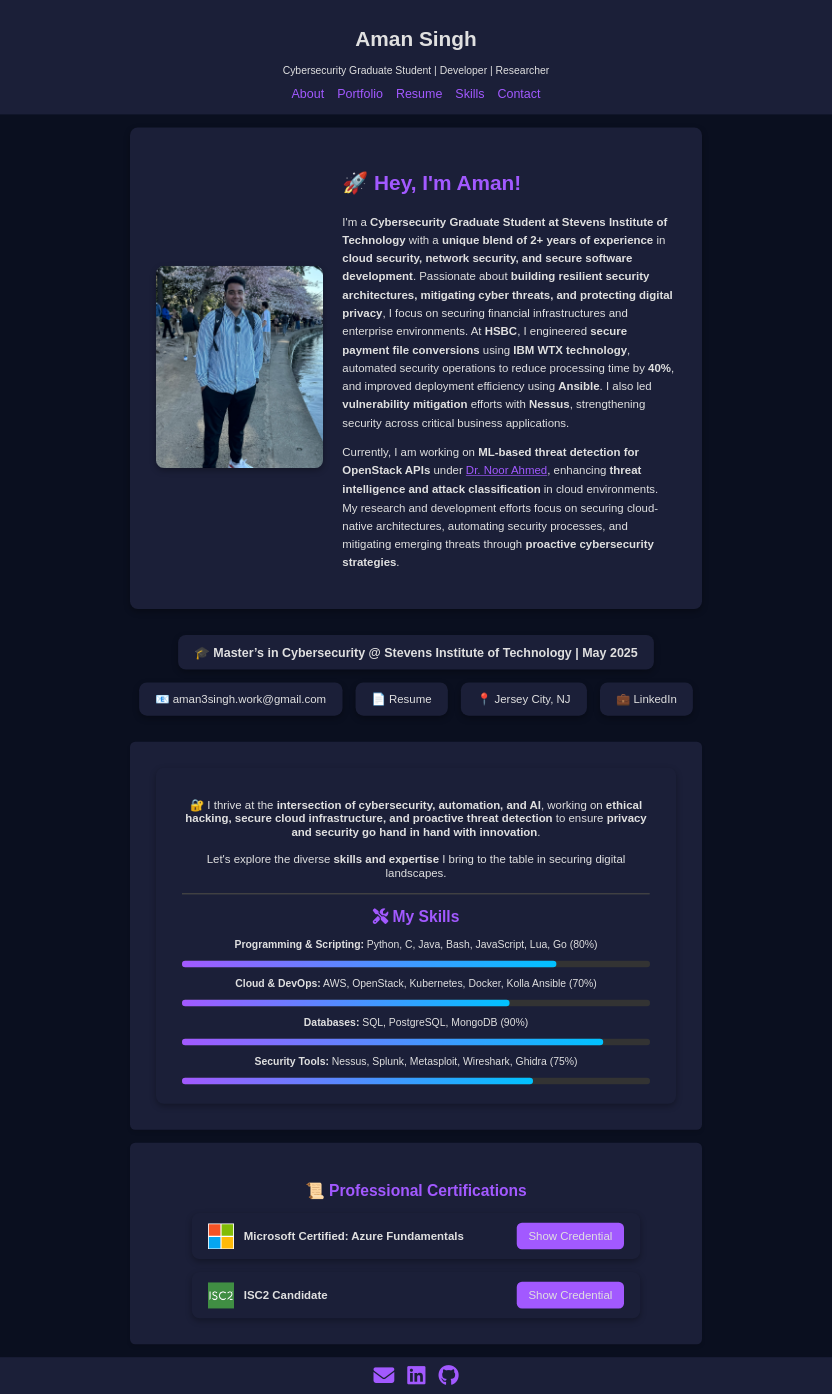
Repository: aman3singh/portfolio
Page: index.html
The author's editor kept a copy of each file at every save. The page is drawn from the files as they stood at one save, then again after the next save.
The browser window is 1280 px wide. The pictures show the whole page, at 65% of full size.

Above is the page before, as saved 2025-02-12 00:24:21.

### index.html
<!DOCTYPE html>
<html lang="en">
<head>
    <meta charset="UTF-8">
    <meta name="viewport" content="width=device-width, initial-scale=1.0">
    <title>Aman Singh | Cybersecurity Portfolio</title>
    <link rel="stylesheet" href="styles.css">
    <link rel="stylesheet" href="https://cdnjs.cloudflare.com/ajax/libs/font-awesome/6.4.2/css/all.min.css">
</head>
<body>
    <header>
        <h1>Aman Singh</h1>
        <p>Cybersecurity Graduate Student | Developer | Researcher</p>
        <nav>
            <a href="#about">About</a>
            <a href="portfolio.html">Portfolio</a>
            <a href="resume.html">Resume</a>
            <a href="index.html#skills">Skills</a>
            <a href="#contact">Contact</a>
        </nav>
    </header>

    <section id="about" style="display: flex; align-items: center; gap: 30px; padding: 40px;">
        <div style="flex: 1; text-align: center;">
            <img src="Aman.jpg" alt="Aman Singh" style="width: 100%; max-width: 400px; border-radius: 12px; box-shadow: 0px 4px 10px rgba(0, 0, 0, 0.3);">
        </div>
        <div style="flex: 2;">
            <h2 style="color: #A259FF;">🚀 Hey, I'm Aman!</h2>
            <p>
                I'm a <b>Cybersecurity Graduate Student at Stevens Institute of Technology</b> with a <b>unique blend of 2+ years of experience</b> in <b>cloud security, network security, and secure software development</b>. Passionate about <b>building resilient security architectures, mitigating cyber threats, and protecting digital privacy</b>, I focus on securing financial infrastructures and enterprise environments. At <b>HSBC</b>, I engineered <b>secure payment file conversions</b> using <b>IBM WTX technology</b>, automated security operations to reduce processing time by <b>40%</b>, and improved deployment efficiency using <b>Ansible</b>. I also led <b>vulnerability mitigation</b> efforts with <b>Nessus</b>, strengthening security across critical business applications.
            </p>
            <p>
                Currently, I am working on <b>ML-based threat detection for OpenStack APIs</b> under <a href="https://scholar.google.com/citations?user=zchOfB4AAAAJ&hl=en" target="_blank" style="color: #A259FF;">Dr. Noor Ahmed</a>, enhancing <b>threat intelligence and attack classification</b> in cloud environments. My research and development efforts focus on securing cloud-native architectures, automating security processes, and mitigating emerging threats through <b>proactive cybersecurity strategies</b>.
            </p>
        </div>
    </section>

    <div style="display: flex; flex-direction: column; align-items: center; text-align: center; gap: 20px; padding: 20px;">
        <div style="background-color: #1B1F38; padding: 15px 25px; border-radius: 12px; font-size: 1.2em; box-shadow: 0px 4px 10px rgba(0, 0, 0, 0.3);">
            🎓 <b>Master’s in Cybersecurity @ Stevens Institute of Technology | May 2025</b>
        </div>
        <div style="display: flex; gap: 20px;">
            <div style="background-color: #1B1F38; padding: 15px 25px; border-radius: 12px; font-size: 1.1em; box-shadow: 0px 4px 10px rgba(0, 0, 0, 0.3);">
                📧 <a href="mailto:aman3singh.work@gmail.com" style="color: #E0E0E0; text-decoration: none;">aman3singh.work@gmail.com</a>
            </div>
            <div style="background-color: #1B1F38; padding: 15px 25px; border-radius: 12px; font-size: 1.1em; box-shadow: 0px 4px 10px rgba(0, 0, 0, 0.3);">
                📄 <a href="resume.html" style="color: #E0E0E0; text-decoration: none;">Resume</a>
            </div>
            <div style="background-color: #1B1F38; padding: 15px 25px; border-radius: 12px; font-size: 1.1em; box-shadow: 0px 4px 10px rgba(0, 0, 0, 0.3);">
                📍 Jersey City, NJ
            </div>
            <div style="background-color: #1B1F38; padding: 15px 25px; border-radius: 12px; font-size: 1.1em; box-shadow: 0px 4px 10px rgba(0, 0, 0, 0.3);">
                💼 <a href="https://www.linkedin.com/in/aman-singh7/" target="_blank" style="color: #E0E0E0; text-decoration: none;">LinkedIn</a>
            </div>
        </div>
    </div>

    <section id="skills" style="padding: 40px; display: flex; justify-content: center;">
        <div style="background-color: #1B1F38; padding: 30px 40px; border-radius: 12px; max-width: 800px; text-align: center; box-shadow: 0px 4px 10px rgba(0, 0, 0, 0.3);">
            <p style="color: #E0E0E0; font-size: 1.1em;">
                🔐 I thrive at the <b>intersection of cybersecurity, automation, and AI</b>, working on <b>ethical hacking, secure cloud infrastructure, and proactive threat detection</b> to ensure <b>privacy and security go hand in hand with innovation</b>.<br><br>
                Let's explore the diverse <b>skills and expertise</b> I bring to the table in securing digital landscapes.
            </p>
            <hr style="border: 0.5px solid #444; margin: 20px 0;">
            <h2 style="color: #A259FF;"><i class="fas fa-tools"></i> My Skills</h2>
            <div class="skills-container" style="max-width: 800px; margin: 0 auto;">
                <div class="skill">
                    <p><b>Programming & Scripting:</b> Python, C, Java, Bash, JavaScript, Lua, Go (80%)</p>
                    <div class="progress-bar" style="width: 100%; background-color: #333; border-radius: 5px;">
                        <div style="width: 80%; height: 10px; background: linear-gradient(to right, #A259FF, #00C2FF); border-radius: 5px;"></div>
                    </div>
                </div>
                <div class="skill">
                    <p><b>Cloud & DevOps:</b> AWS, OpenStack, Kubernetes, Docker, Kolla Ansible (70%)</p>
                    <div class="progress-bar" style="width: 100%; background-color: #333; border-radius: 5px;">
                        <div style="width: 70%; height: 10px; background: linear-gradient(to right, #A259FF, #00C2FF); border-radius: 5px;"></div>
                    </div>
                </div>
                <div class="skill">
                    <p><b>Databases:</b> SQL, PostgreSQL, MongoDB (90%)</p>
                    <div class="progress-bar" style="width: 100%; background-color: #333; border-radius: 5px;">
                        <div style="width: 90%; height: 10px; background: linear-gradient(to right, #A259FF, #00C2FF); border-radius: 5px;"></div>
                    </div>
                </div>
                <div class="skill">
                    <p><b>Security Tools:</b> Nessus, Splunk, Metasploit, Wireshark, Ghidra (75%)</p>
                    <div class="progress-bar" style="width: 100%; background-color: #333; border-radius: 5px;">
                        <div style="width: 75%; height: 10px; background: linear-gradient(to right, #A259FF, #00C2FF); border-radius: 5px;"></div>
                    </div>
                </div>
            </div>
        </div>
    </section>

    <section id="certifications" style="padding: 40px; text-align: center;">
        <h2 style="color: #A259FF;">📜 Professional Certifications</h2>
        <div style="display: flex; flex-direction: column; align-items: center; gap: 20px;">
            <div style="background-color: #1B1F38; padding: 15px 25px; border-radius: 12px; font-size: 1.1em; width: 80%; display: flex; align-items: center; justify-content: space-between; box-shadow: 0px 4px 10px rgba(0, 0, 0, 0.3);">
                <div style="display: flex; align-items: center; gap: 15px;">
                    <img src="microsoft_logo.svg" alt="Microsoft Logo" style="height: 40px;">
                    <b>Microsoft Certified: Azure Fundamentals</b>
                </div>
                <a href="https://learn.microsoft.com/en-us/users/amansingh-1923/credentials/2ef5697650f7d138?ref=https%3A%2F%2Fwww.linkedin.com%2F" target="_blank" class="credential-button">Show Credential</a>
            </div>
            <div style="background-color: #1B1F38; padding: 15px 25px; border-radius: 12px; font-size: 1.1em; width: 80%; display: flex; align-items: center; justify-content: space-between; box-shadow: 0px 4px 10px rgba(0, 0, 0, 0.3);">
                <div style="display: flex; align-items: center; gap: 15px;">
                    <img src="isc2_logo.jpg" alt="ISC2 Logo" style="height: 40px;">
                    <b>ISC2 Candidate</b>
                </div>
                <a href="https://www.credly.com/badges/34d270c8-7299-4ed3-a625-0a13da7394b7/linked_in_profile" target="_blank" class="credential-button">Show Credential</a>
            </div>
        </div>
    </section>

    <footer>
            <div class="social-links" style="display: flex; gap: 20px; font-size: 2rem;">
                <a href="mailto:aman3singh.work@gmail.com" target="_blank">
                    <i class="fa-solid fa-envelope"></i>
                </a>
                <a href="https://www.linkedin.com/in/aman-singh7/" target="_blank">
                    <i class="fa-brands fa-linkedin"></i>
                </a>
                <a href="https://github.com/aman3singh" target="_blank">
                    <i class="fa-brands fa-github"></i>
                </a>
            </div>
    </footer>
</body>
</html>

### styles.css
body {
    font-family: 'Arial', sans-serif;
    margin: 0;
    padding: 0;
    background-color: #0A0F1F;
    color: #E0E0E0;
}

header {
    background-color: #1B1F38;
    color: 	#E0E0E0;
    text-align: center;
    padding: 20px;
}

nav {
    display: flex;
    justify-content: center;
    gap: 20px;
}

nav a {
    color: #A259FF;
    text-decoration: none;
    font-size: 1.2em;
    transition: color 0.3s;
}

nav a:hover {
    color: #00E5FF;
}

section {
    padding: 20px;
    margin: 20px auto;
    max-width: 800px;
    background: #1B1F38;
    box-shadow: 0px 4px 6px rgba(0, 0, 0, 0.1);
    border-radius: 8px;
}

h2 {
    color: #A259FF;
}
#about {
    display: flex;
    align-items: center;
    gap: 30px;
    padding: 40px;
    background-color: #1B1F38;
    border-radius: 12px;
    box-shadow: 0px 4px 10px rgba(0, 0, 0, 0.3);
}

#about img {
    width: 100%;
    max-width: 300px;
    border-radius: 12px;
    box-shadow: 0px 4px 10px rgba(0, 0, 0, 0.3);
}

#about h2 {
    color: #A259FF;
    font-size: 2em;
}

#about p {
    color: #E0E0E0;
    font-size: 1.1em;
    line-height: 1.6;
}
#resume-container {
    display: flex;
    justify-content: center;
    align-items: center;
    min-height: 100vh;
    background-color: #0A0F1F; /* Match with your theme */
    padding-bottom: 0; /* Ensures no extra padding */
    overflow: hidden; /* Prevents extra scrolling */
}

#resume-container iframe {
    width: 80%;
    height: 100vh; /* Make it take full viewport height */
    border: none;
    background-color: transparent;
}

.project {
    border-left: 4px solid #A259FF;
    padding-left: 10px;
    margin-bottom: 15px;
}

.social-links {
    display: flex;
    justify-content: center;
    gap: 15px;
    font-size: 2rem;
}

.social-links a {
    color: #A259FF;
    transition: color 0.3s;
}

.social-links a:hover {
    color: #00E5FF;
}
.credential-button {
    color: #E0E0E0;
    text-decoration: none;
    background-color: #A259FF;
    padding: 10px 18px;
    border-radius: 8px;
    font-size: 1em;
    transition: background-color 0.3s ease-in-out;
    display: flex;
    align-items: center;
    justify-content: center;
}

.credential-button:hover {
    background-color: #00E5FF;
}

footer {
    text-align: center;
    padding: 10px;
    background-color: #1B1F38;
    color: #E0E0E0;
}

After the next save:
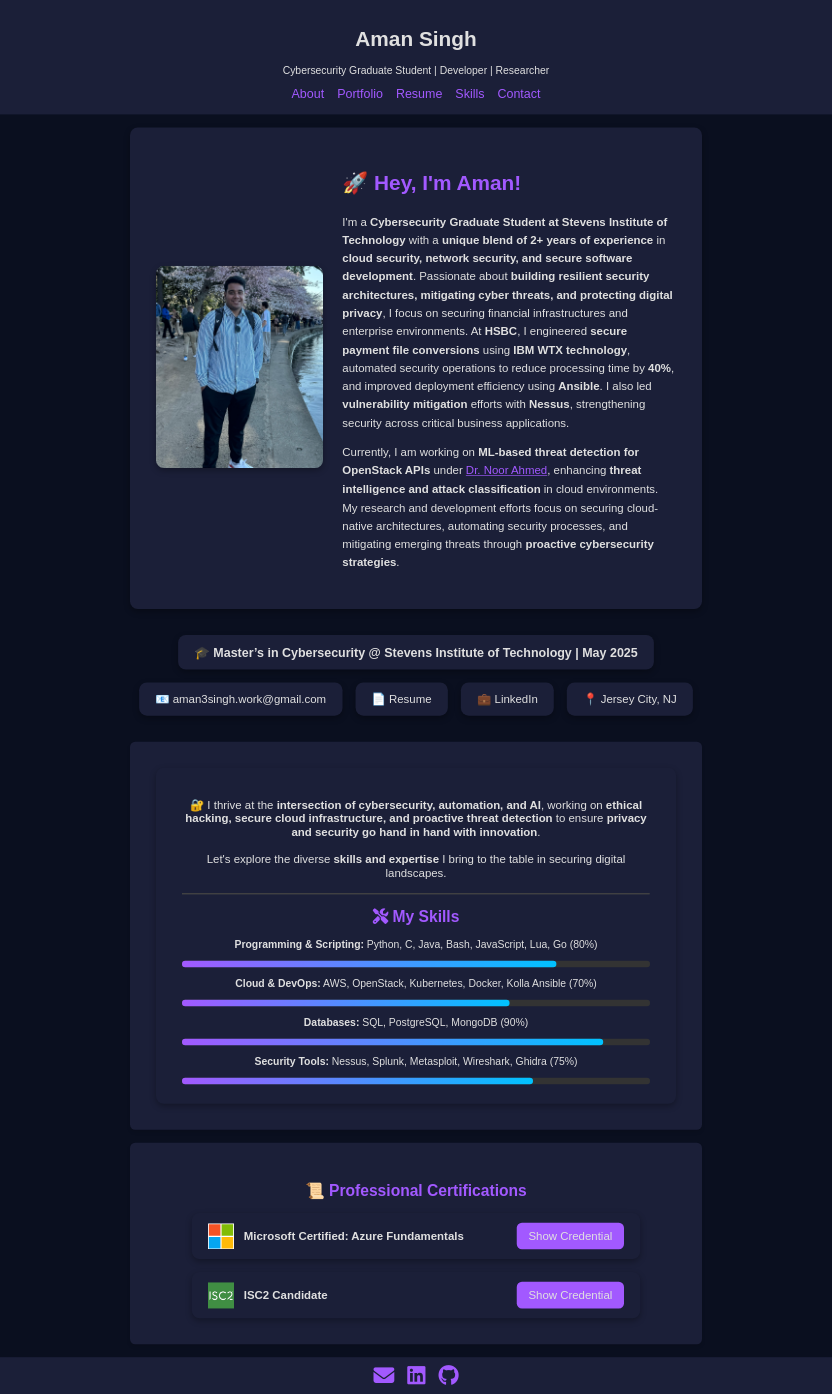
Saved 26 s later.
--- a/index.html
+++ b/index.html
@@ -47,11 +47,12 @@
                 📄 <a href="resume.html" style="color: #E0E0E0; text-decoration: none;">Resume</a>
             </div>
             <div style="background-color: #1B1F38; padding: 15px 25px; border-radius: 12px; font-size: 1.1em; box-shadow: 0px 4px 10px rgba(0, 0, 0, 0.3);">
+                💼 <a href="https://www.linkedin.com/in/aman-singh7/" target="_blank" style="color: #E0E0E0; text-decoration: none;">LinkedIn</a>
+            </div>
+            <div style="background-color: #1B1F38; padding: 15px 25px; border-radius: 12px; font-size: 1.1em; box-shadow: 0px 4px 10px rgba(0, 0, 0, 0.3);">
                 📍 Jersey City, NJ
             </div>
-            <div style="background-color: #1B1F38; padding: 15px 25px; border-radius: 12px; font-size: 1.1em; box-shadow: 0px 4px 10px rgba(0, 0, 0, 0.3);">
-                💼 <a href="https://www.linkedin.com/in/aman-singh7/" target="_blank" style="color: #E0E0E0; text-decoration: none;">LinkedIn</a>
-            </div>
+
         </div>
     </div>
 
